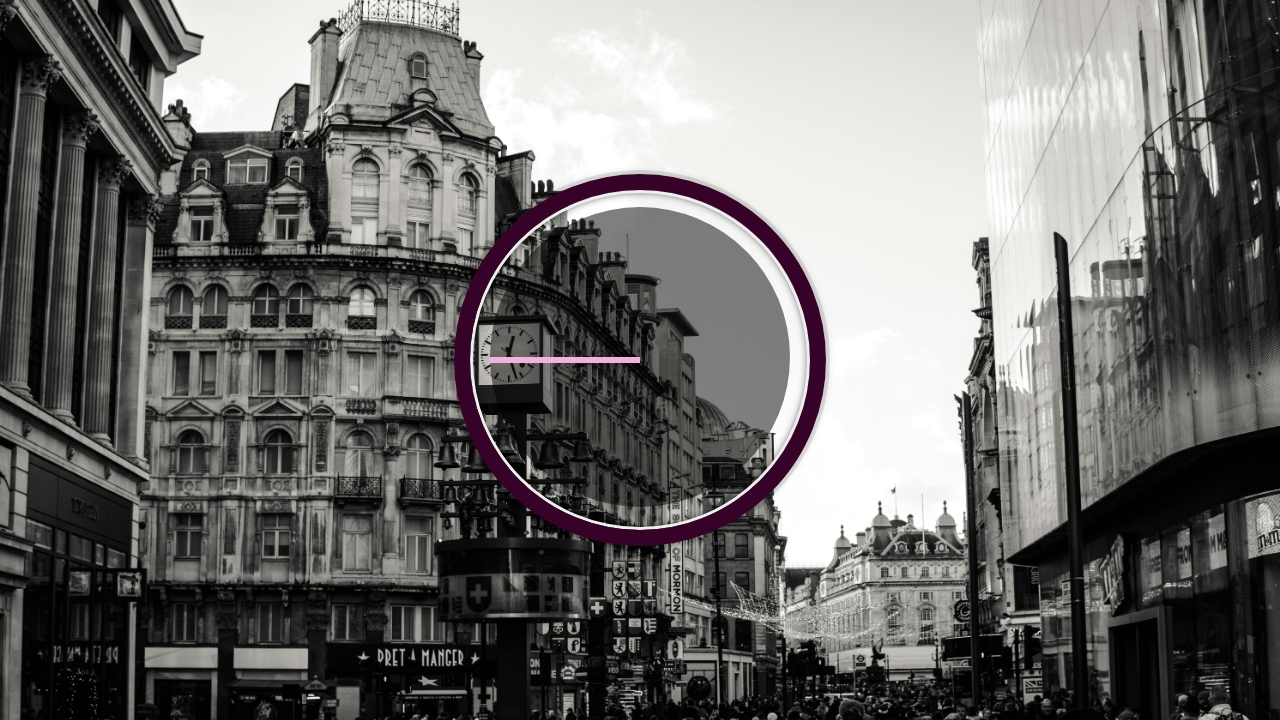
Repository: Freezler/javascript-css-clock
Page: index.html
An editor plug-in stored every save of this project. The page is shown before and after the next save, followed by the edit.
The browser window is 1280 px wide. The pictures show the whole page.

Above is the page before, as saved 2024-08-24 15:49:40.

After the next save:
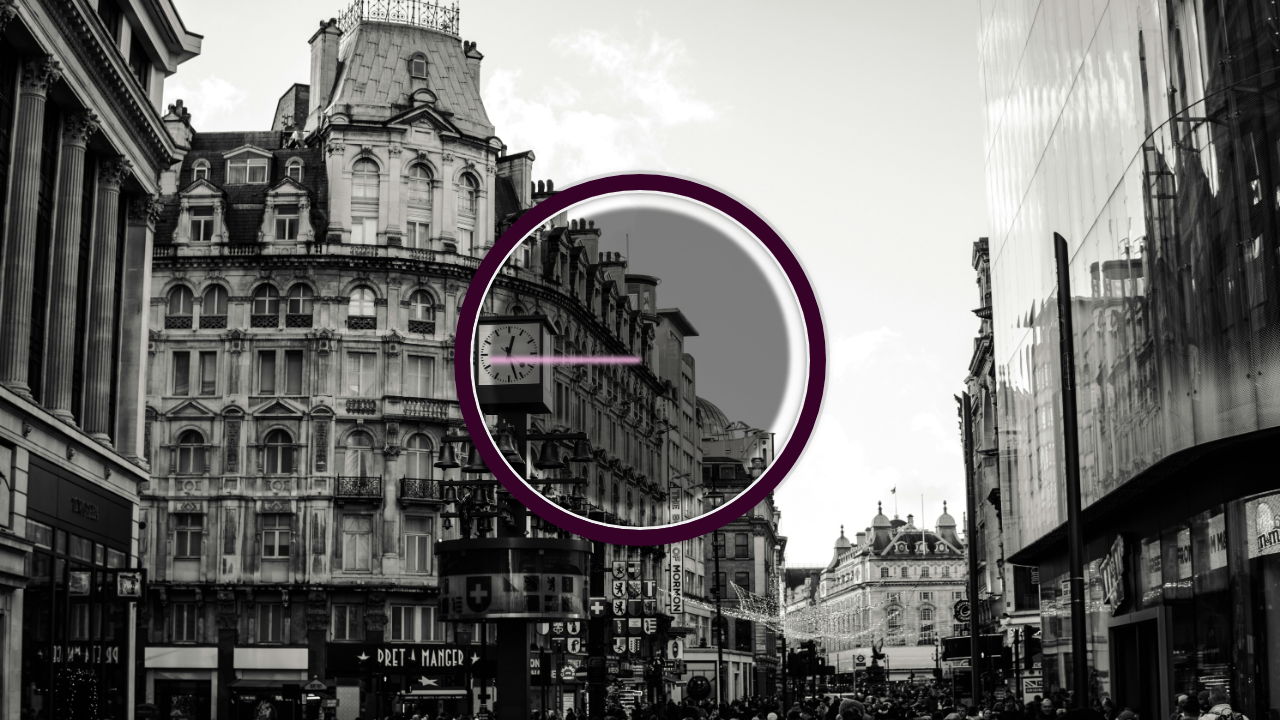
Saved 23 s later.
--- a/style.css
+++ b/style.css
@@ -40,7 +40,7 @@
     transform: translateY(-3px);
     /* account for the height of the clock hands */
     background: rgba(0, 0, 0, 0.5);
-
+    filter: blur(2px);
     border-radius: 50%;
 
 }

After the save that followed:
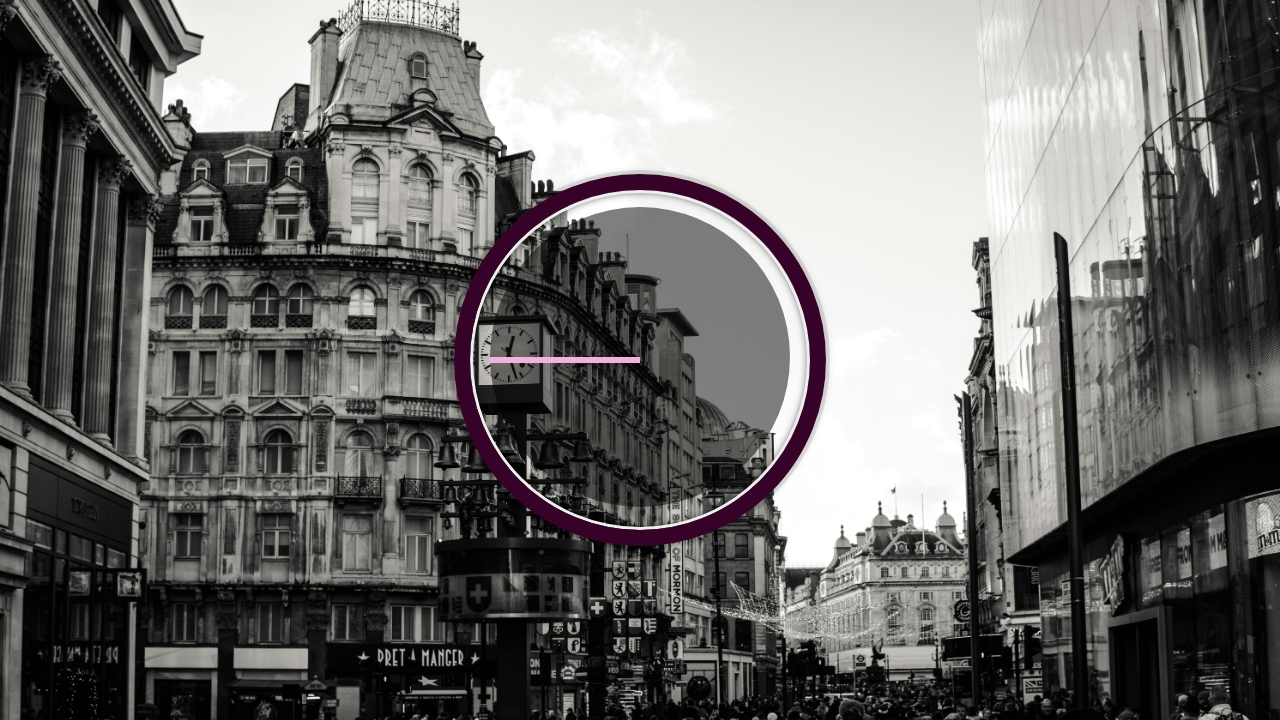
Saved 8 s later.
--- a/style.css
+++ b/style.css
@@ -40,7 +40,7 @@
     transform: translateY(-3px);
     /* account for the height of the clock hands */
     background: rgba(0, 0, 0, 0.5);
-    filter: blur(2px);
+    filter: blur('2px');
     border-radius: 50%;
 
 }
